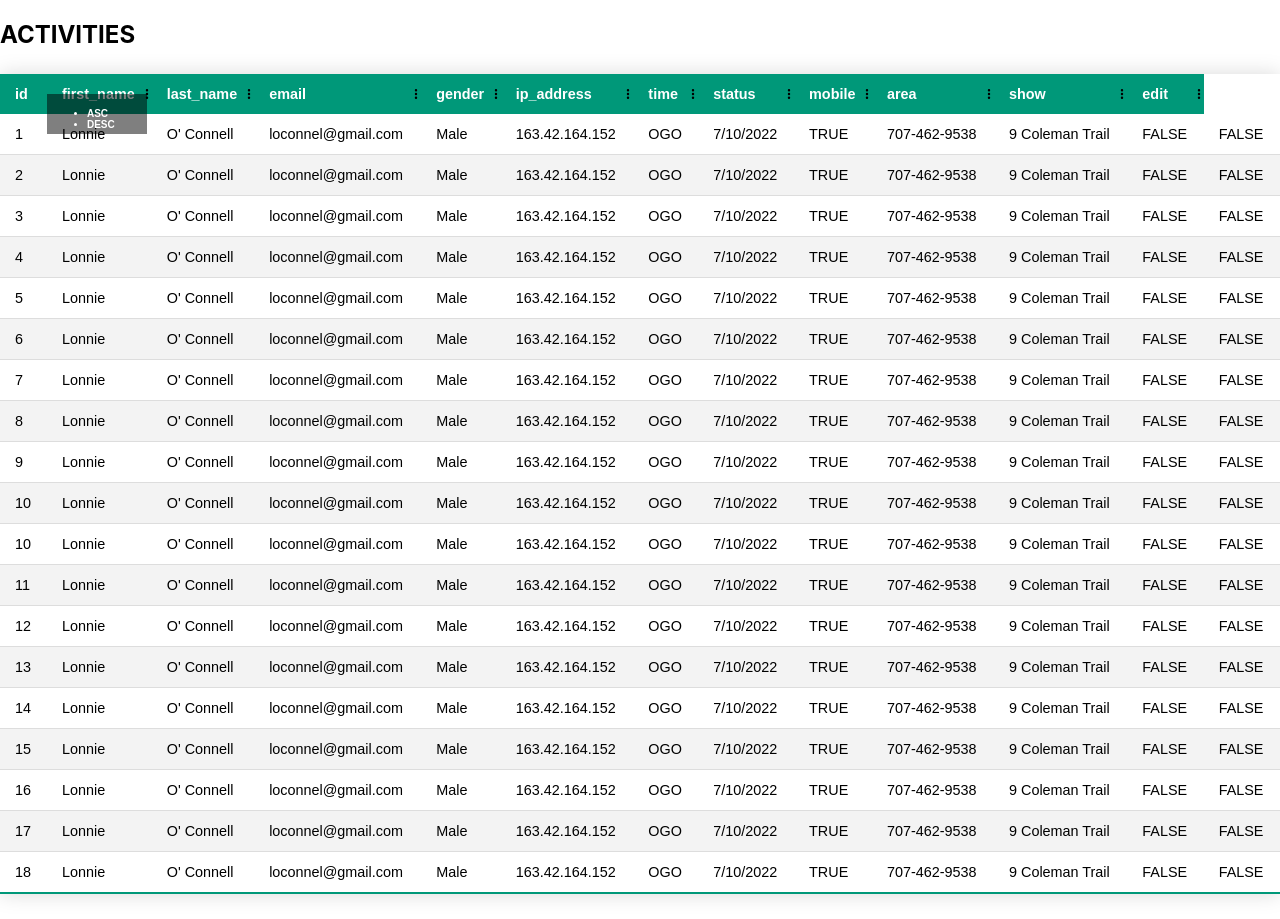
Repository: kartik077-cr7/Ckart
Page: /, after clicking the first element matching `img`
An editor plug-in stored every save of this project. The page is shown before and after the next save, followed by the edit.
The browser window is 1280 px wide. The pictures show the whole page.
The project was rebuilt for these pictures with package versions that can differ from the ones it lists, and the page was loaded fresh each time.

Above is the page before, as saved 2022-12-10 18:13:34.

After the next save:
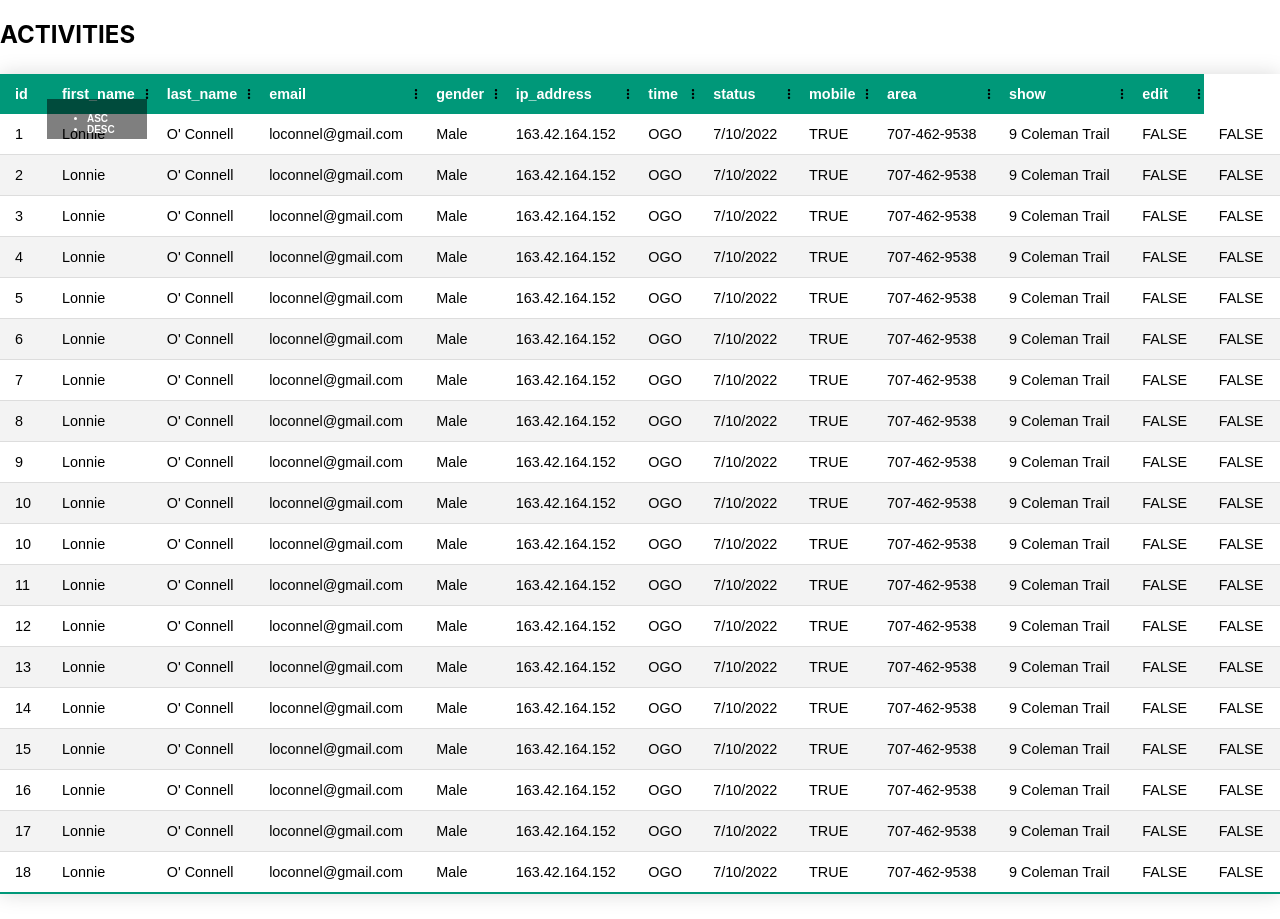
Saved 9 s later.
--- a/src/App.css
+++ b/src/App.css
@@ -43,7 +43,7 @@
 .modal {
 	position: absolute;
 	left: 0;
-	top: 20px;
+	top: 25px;
 	right: 0;
 	bottom: 0;
 	background-color: rgba(0,0,0,0.5);
